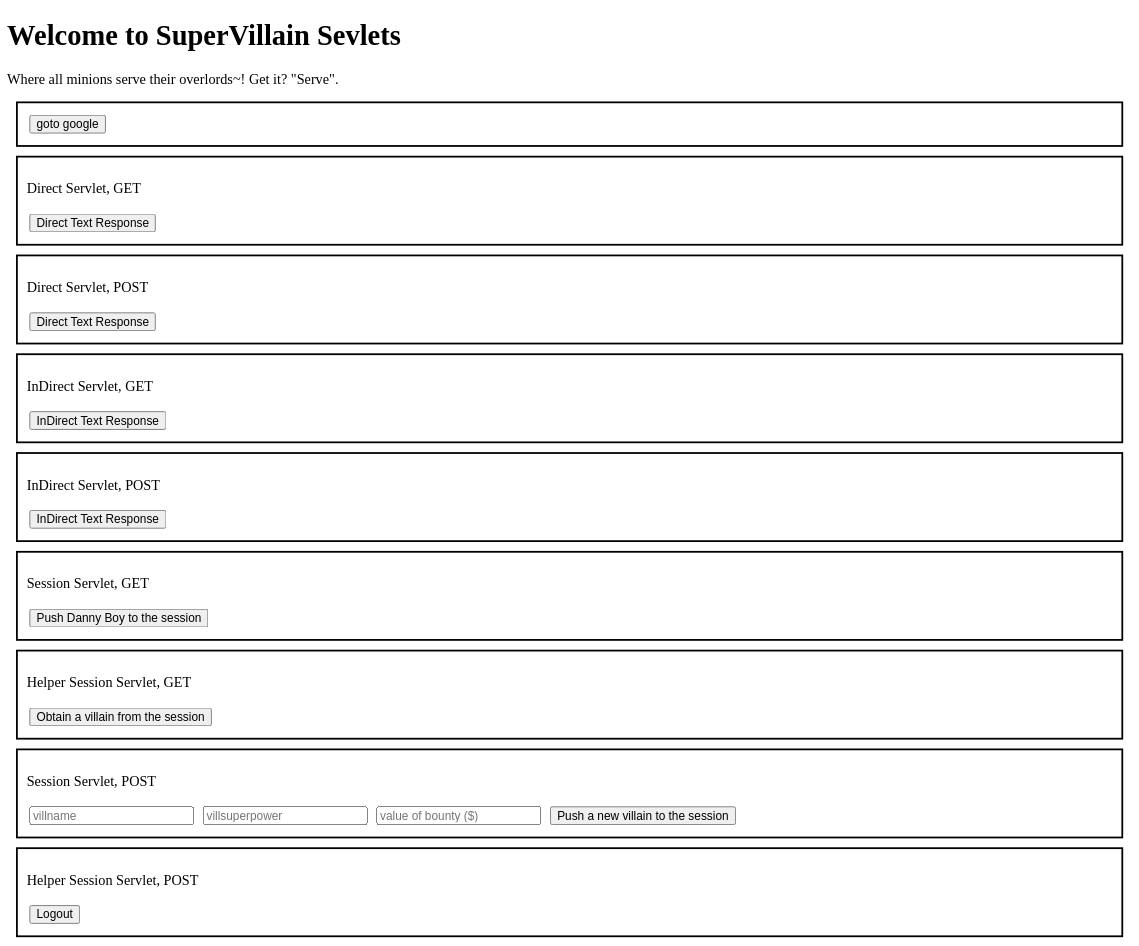
Repository: 2001usfpega/ZhenJ-code
Page: Project1/Showmethemoney/src/main/webapp/resources/html/homepage.html
An editor plug-in stored every save of this project. The page is shown before and after the next save, followed by the edit.
The browser window is 1280 px wide. The pictures show the whole page, at 89% of full size.

Above is the page before, as saved 2020-02-08 04:23:34.

### Project1/Showmethemoney/src/main/webapp/resources/html/homepage.html
<!DOCTYPE html>
<html>
<head>
<meta charset="ISO-8859-1">
<title>Servlet Demo</title>
<link rel=stylesheet type="text/css"
	href="/Showmethemoney/resources/css/mystyles.css">

</head>
<body>

	<div class="supervillain-container">
		<h1> Welcome to SuperVillain Sevlets</h1>
		<p>Where all minions serve their overlords~! Get it? "Serve".</p>

		<form method="get" action="https://www.google.com/">
			<input type="submit" value="goto google">
		</form>

		<!-- DIRECT SERVLET -->
		<form method="get" action="http://localhost:9001/HelloServlets/dirserv">
			<p>Direct Servlet, GET</p>
			<input type="submit" value="Direct Text Response"/>
		</form>
		<form method="post" action="/HelloServlets/dirserv">
			<p>Direct Servlet, POST</p>
			<input type="submit" value="Direct Text Response"/>
		</form>

		<!-- INDIRECT SERVLET -->
		<form method="get" action="/HelloServlets/indirserv">
			<p>InDirect Servlet, GET</p>
			<input type="submit" value="InDirect Text Response"/>
		</form>
		<form method="post" action="/HelloServlets/indirserv">
			<p>InDirect Servlet, POST</p>
			<input type="submit" value="InDirect Text Response"/>
		</form>

		<!-- SESSION SERVLET -->
		<form method="get" action="/HelloServlets/sesserv">
			<p>Session Servlet, GET </p>
			<input type="submit" value="Push Danny Boy to the session"/>
		</form>
		<form method="get" action="/HelloServlets/helpsesserv">
			<p>Helper Session Servlet, GET</p>
			<input type="submit" value="Obtain a villain from the session">
		</form>
		<form method="post" action="/HelloServlets/sesserv">
			<p>Session Servlet, POST</p>
			<input type="text" name="myname" placeholder="villname"/>
			<input type="text" name="mysuperpower" placeholder="villsuperpower"/>
			<input type="number" name="mybounty" placeholder="value of bounty ($)"/>

			<input type="submit" value="Push a new villain to the session"/>
		</form>
		<form method="post" action="/HelloServlets/helpsesserv">
			<p>Helper Session Servlet, POST</p>
			<input type="submit" value="Logout">
		</form>
	</div>
</body>
</html>

### Project1/Showmethemoney/src/main/webapp/resources/css/mystyles.css
.login-container {
	display: flex;
	flex-direction: column;
    align-items: center;
    border: 3px solid red;
    text-align: center;
}

form {
	border: 2px solid black;
	padding: 10px;
	margin: 10px;
}

input {
	margin: 3px;
}

After the next save:
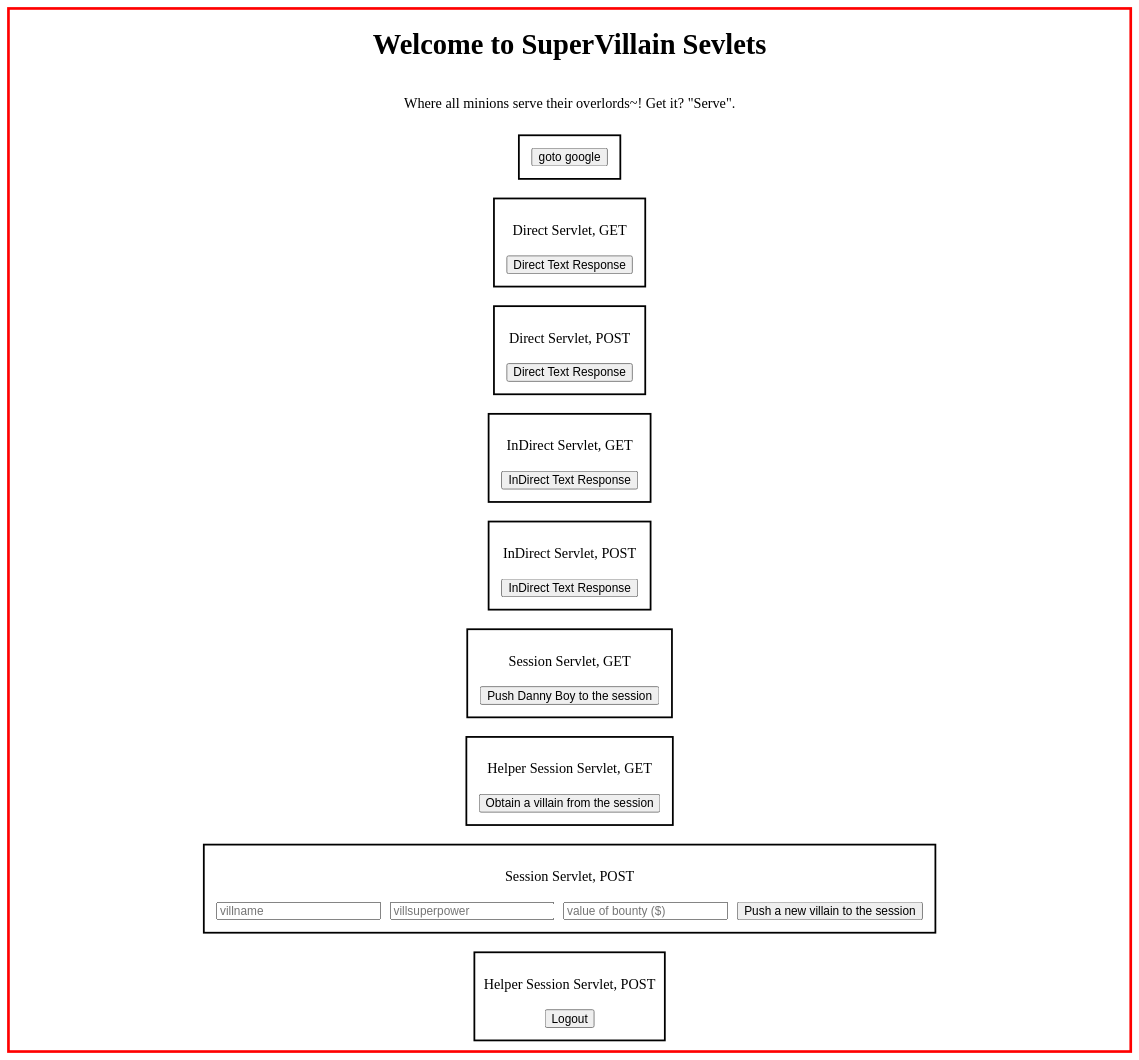
Saved 20 s later.
--- a/Project1/Showmethemoney/src/main/webapp/resources/html/homepage.html
+++ b/Project1/Showmethemoney/src/main/webapp/resources/html/homepage.html
@@ -9,7 +9,7 @@
 </head>
 <body>
 
-	<div class="supervillain-container">
+	<div class="login-container">
 		<h1> Welcome to SuperVillain Sevlets</h1>
 		<p>Where all minions serve their overlords~! Get it? "Serve".</p>
 
